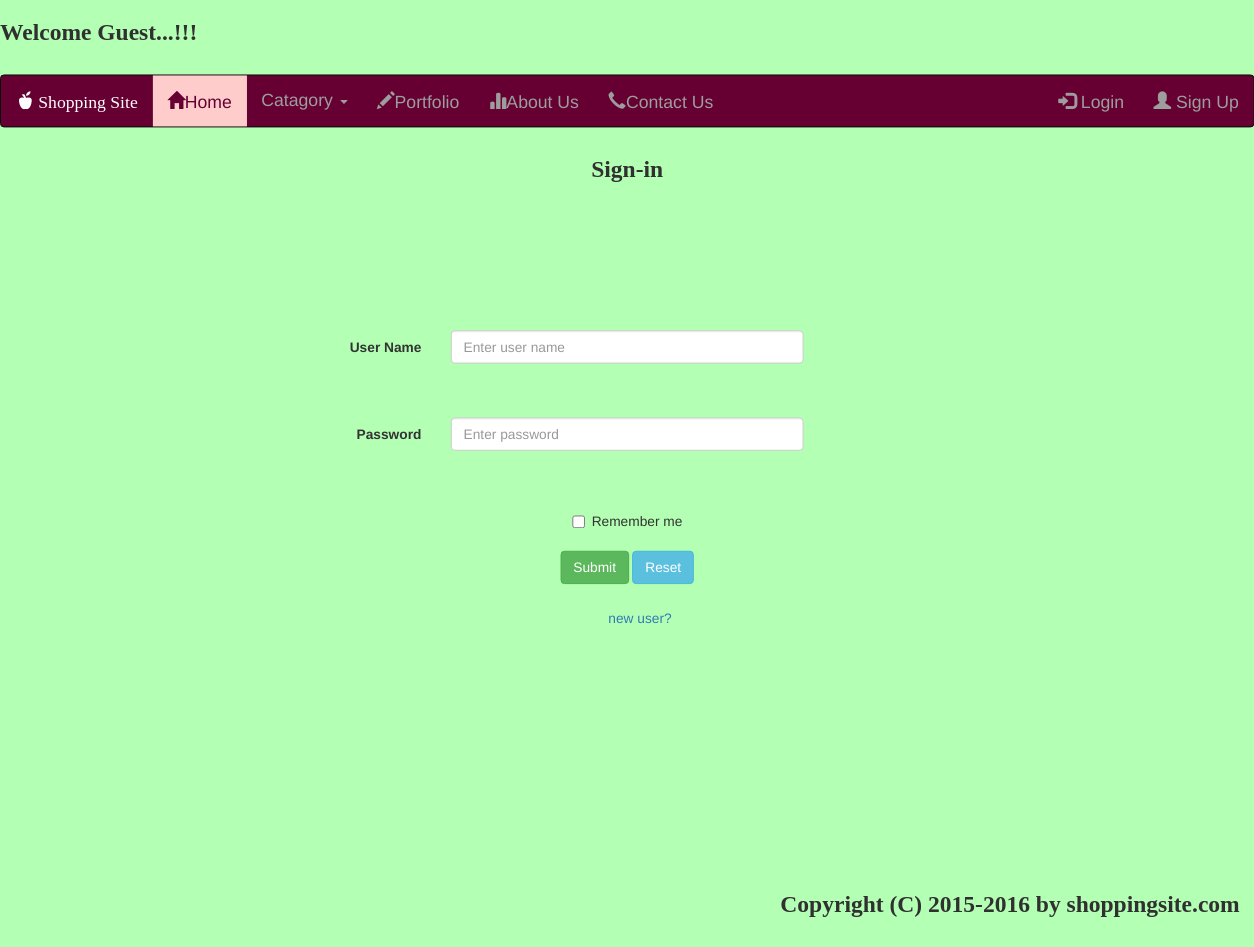
Repository: priyasuthakar/priya
Page: http://localhost/Apple/WEB-INF/views/login.jsp
An editor plug-in stored every save of this project. The page is shown before and after the next save, followed by the edit.
The browser window is 1280 px wide. The pictures show the whole page, at 98% of full size.
The page is served by Tomcat 9. Nobody is signed in. Other server files are loaded and not shown. The template is opened directly, without the code that normally fills it, so the values that code supplies are empty.

Above is the page before, as saved 2016-08-25 18:08:06.

### Apple/src/main/webapp/WEB-INF/views/login.jsp
<%@ page language="java" contentType="text/html; charset=ISO-8859-1"
	pageEncoding="ISO-8859-1"%>
<%@ taglib uri="http://java.sun.com/jsp/jstl/core" prefix="c"%>
<%@ taglib uri="http://www.springframework.org/tags" prefix="spring"%>
<%@ taglib uri="http://www.springframework.org/tags/form" prefix="form"%>
<%-- <%@ page session="false"%> --%>
<%@page isELIgnored="false"%>

<!DOCTYPE html PUBLIC "-//W3C//DTD HTML 4.01 Transitional//EN" "http://www.w3.org/TR/html4/loose.dtd">
<html>
<head>
<meta http-equiv="Content-Type" content="text/html; charset=ISO-8859-1">
<meta name="viewport" content="width=device-width, initial-scale=1">
<title>Login</title>
<!-- Latest compiled and minified CSS -->
<link rel="stylesheet"
	href="http://maxcdn.bootstrapcdn.com/bootstrap/3.3.6/css/bootstrap.min.css">

<!-- jQuery library -->
<script
	src="https://ajax.googleapis.com/ajax/libs/jquery/1.12.4/jquery.min.js"></script>

<!-- Latest compiled JavaScript -->
<script
	src="http://maxcdn.bootstrapcdn.com/bootstrap/3.3.6/js/bootstrap.min.js"></script>
<style>
h1 {
	font-size: 24px;
	color: #303030;
	font-weight: 600;
	margin-bottom: 30px;
	font-size: 24px;
}

.navbar {
	background-color:#660033;
	font-size: 18px !important;
}

.navbar .navbar-brand {
	color: #FFFFFF !important;
}

.navbar .li a {
	color: #FFF !important;
}

.navbar-nav li a:hover, .navbar-nav li.active a {
	color: #660033 !important;
	background-color: #FFCCCC !important;
}

.navbar-default .navbar-toggle {
	border-color: transparent;
	color: #FFCCCC !important;
}

footer .glyphicon {
	font-size: 24px;
	margin-bottom: 20px;
	color: #660033;
}

@media screen and (max-width: 768px) {
	.col-lg-4 {
		text-align: center;
		margin: 25px 0;
	}
	.btn-lg {
		width: 100%;
		margin-bottom: 35px;
	}
}

@media screen and (max-width: 480px) {
	.logo {
		font-size: 150px;
	}
}
</style>

</head>
<body id="log" style="background-color: #b3ffb3">
	<%@include file="Header.jsp"%>
	<font face="Harlow Solid Italic"><h1>${successMessage}</h1></font>
	<font face="Harlow Solid Italic"><h1>${errorMessage}</h1></font>

	<center>
		<font face="Harlow Solid Italic"><h1>Sign-in</h1></font> <br> <br>
		<br> <br> <br> <br>
		<div class="container">
			<form action="login" method="post" commandName="user"
				class="form-horizontal" role="form">
				<center>
					<div class="form-group">
						<label class="col-lg-4 control-label">User Name</label>
						<div class="col-lg-4 ">
							<input class="form-control" type="text" name="username" placeholder="Enter user name"
								required="true" title="should not be empty" />
						</div>
					</div>
					<br> <br>
					<div class="form-group">
						<label class="col-lg-4 control-label">Password</label>
						<div class="col-lg-4 ">
							<input class="form-control" type="password" name="password"
								placeholder="Enter password" required="true"
								title="should not be empty" />
						</div>
					</div>
					<br> <br>
				</center>
				<div class="checkbox">
					<label><input type="checkbox"> Remember me</label>
				</div>
				<br>
				<div>
					<input type="submit" class="btn btn-success" /> <input
						type="reset" class="btn btn-info" />
				</div>
				<br>
				<div>

					<a href="reg"><input type="button" class="btn btn-link" />new
						user?</a>
				</div>
				<br> <br> <input type="hidden"
					name="${_csrf.parameterName }" value="${_csrf.token}" />
			</form>
		</div>
	</center>
	<br>
	<br>
	<br>
	<br>
	<br>
	<br>
	<br>
	<br>
	<br>
	<br>
	<footer class="container-fluid bg-4 text-center"> <%@include
		file="Footer.jsp"%> </footer>
</body>
</html>

### Apple/src/main/webapp/WEB-INF/views/Header.jsp
<%@ page language="java" contentType="text/html; charset=ISO-8859-1"
	pageEncoding="ISO-8859-1"%>
<%@ taglib uri="http://java.sun.com/jsp/jstl/core" prefix="c"%>
<!DOCTYPE html PUBLIC "-//W3C//DTD HTML 4.01 Transitional//EN" "http://www.w3.org/TR/html4/loose.dtd">
<html>
<head>
<meta http-equiv="Content-Type" content="text/html; charset=ISO-8859-1">
</head>
<body>
	<c:choose>
		<c:when test="${empty loggedInUser}">
			<font face="Harlow Solid Italic"><h1>Welcome Guest...!!!</h1></font>
		</c:when>
		<c:when test="${not empty loggedInUser}">
			<font face="Harlow Solid Italic"><h1>${loggedInUser}</h1></font>
		</c:when>
	</c:choose>
	<div class="responsive">
		<nav class="navbar navbar-inverse">
		<div class="container-fluid">
			<div class="navbar-header">
				<a class="navbar-brand"> <span class="glyphicon glyphicon-apple"></span>
					<font face="Script MT Bold"> Shopping Site </font>
				</a>
			</div>
			<ul class="nav navbar-nav">
				<li class="active"><a href="Home"><span
						class="glyphicon glyphicon-home"></span>Home</a></li>
				<li class="dropdown"><a class="dropdown-toggle"
					data-toggle="dropdown" href="#"> Catagory <span class="caret"></span></a>
					<ul class="dropdown-menu">
						<li><a href="product1?catname=Desktop">Desktop</a></li>
						<li><a href="product1?catname=Laptop">Laptop</a></li>
						<li><a href="product1?catname=Iphone">Iphone</a></li>
						<li><a href="product1?catname=Ipad">Ipad</a></li>
						<li><a href="product1?catname=Ipod">Ipod</a></li>
						<li><a href="product1?catname=Accessories">Accessories</a></li>
					</ul></li>
				<li><a href="portfolio"><span
						class="glyphicon glyphicon-pencil"></span>Portfolio</a></li>
				<li><a href="about"><span class="glyphicon glyphicon-stats"></span>About
						Us</a></li>
				<li><a href="contactus"><span
						class="glyphicon glyphicon-earphone"></span>Contact Us</a></li>
			</ul>
			<ul class="nav navbar-nav navbar-right">
					<c:choose>
					<c:when test="${empty loggedInUser}">
						<li><a href="login"><span
								class="glyphicon glyphicon-log-in"></span> Login</a></li>
						<li><a href="reg"><span class="glyphicon glyphicon-user"></span>
								Sign Up</a></li>
					</c:when>
					<c:when test="${not empty loggedInUser}">
					<li><a href="viewcart"><span
							class="glyphicon glyphicon-shopping-cart"></span>Cart</a></li>
						<li><a href="logout"><span
								class="glyphicon glyphicon-user"></span> Logout</a></li>
					</c:when>
				</c:choose>
			</ul>
		</div>
		</nav>
	</div>
</body>
</html>

### Apple/src/main/webapp/WEB-INF/views/Footer.jsp
<%@ page language="java" contentType="text/html; charset=ISO-8859-1"
    pageEncoding="ISO-8859-1"%>
<!DOCTYPE html PUBLIC "-//W3C//DTD HTML 4.01 Transitional//EN" "http://www.w3.org/TR/html4/loose.dtd">
<html>
<head>
<meta http-equiv="Content-Type" content="text/html; charset=ISO-8859-1">
<title>footer</title>
</head>
<body>
<nav>
<ul class="nav navbar-nav navbar-right">
<footer class="container-fluid bg-4 text-center">
  <font face="Harlow Solid Italic" color="#FFFFF"><h1>Copyright (C) 2015-2016 by shoppingsite.com </h1></font>
</footer>
</ul>
</nav>
</body>
</html>

After the next save:
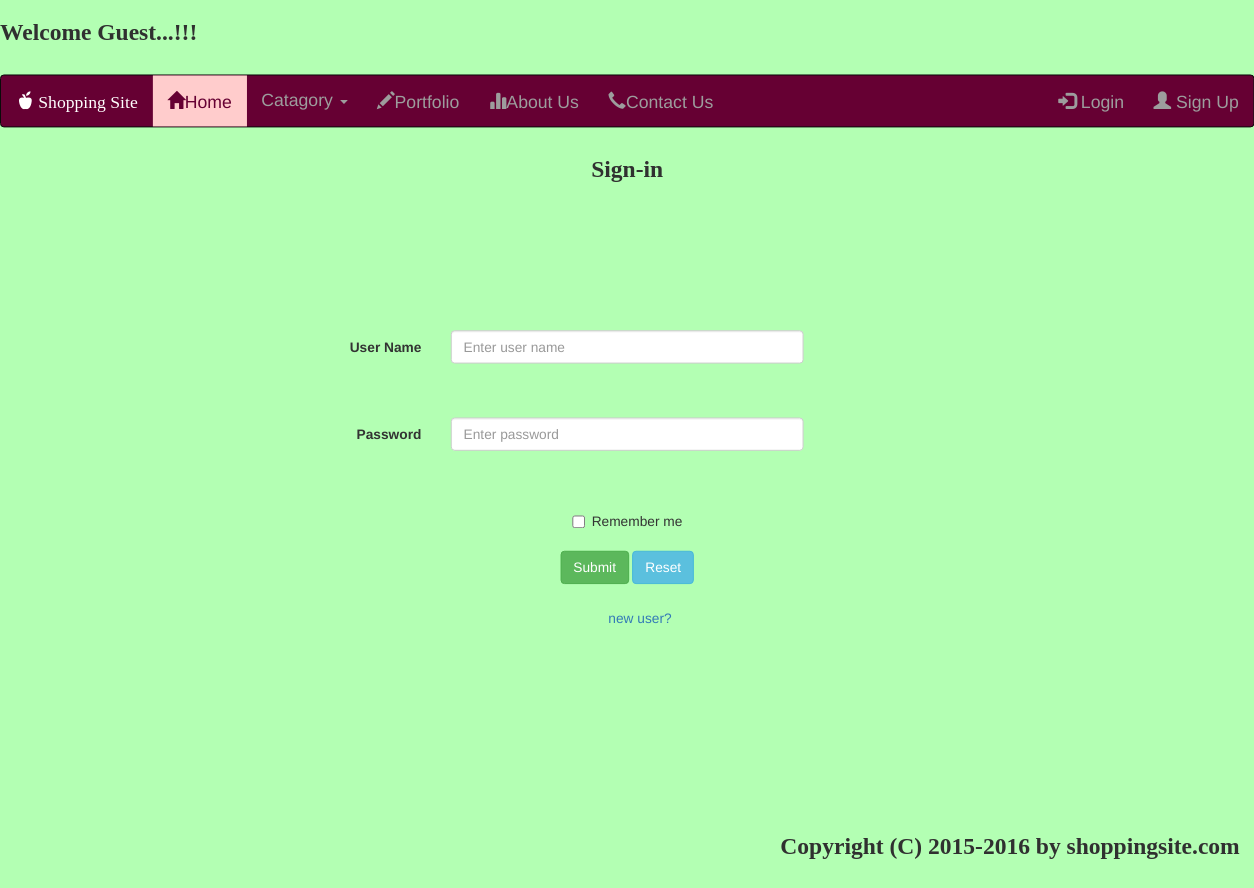
Saved 6 min 55 s later.
--- a/Apple/src/main/webapp/WEB-INF/views/login.jsp
+++ b/Apple/src/main/webapp/WEB-INF/views/login.jsp
@@ -136,9 +136,6 @@ footer .glyphicon {
 	<br>
 	<br>
 	<br>
-	<br>
-	<br>
-	<br>
 	<footer class="container-fluid bg-4 text-center"> <%@include
 		file="Footer.jsp"%> </footer>
 </body>
